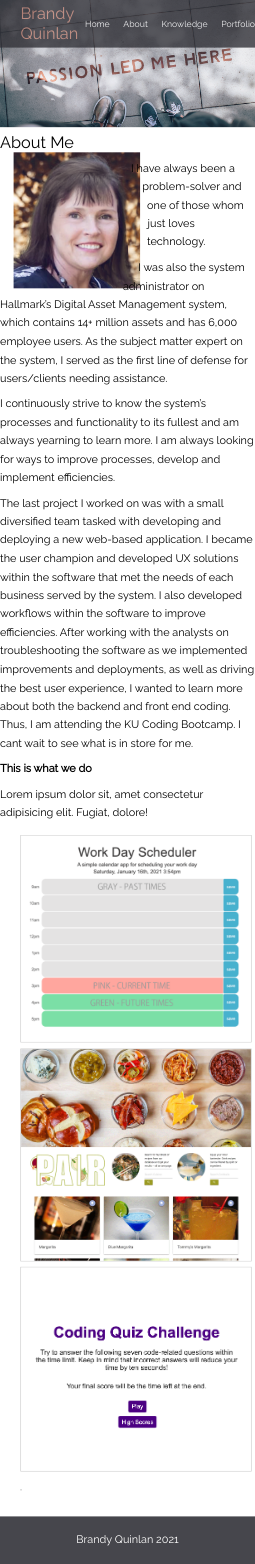
Repository: brandyquinlan/brandyquinlan
Page: index.html
The author's editor kept a copy of each file at every save. The page is drawn from the files as they stood at one save, then again after the next save.
The browser window is 375 px wide. The pictures show the whole page, at 68% of full size.
Some web libraries are served in a nearby version.

Above is the page before, as saved 2021-02-05 21:14:32.

### index.html
<!DOCTYPE html>
<html lang="en">

<head>
    <meta charset="UTF-8">
    <meta name="viewport" content="width=device-width, initial-scale=1.0">
    <link href="https://fonts.googleapis.com/css2?family=Roboto" rel="stylesheet">
    <link href="https://fonts.googleapis.com/css2?family=Raleway" rel="stylesheet">

    <link rel="stylesheet" href="https://cdnjs.cloudflare.com/ajax/libs/font-awesome/5.13.0/css/all.min.css" integrity="sha256-h20CPZ0QyXlBuAw7A+KluUYx/3pK+c7lYEpqLTlxjYQ=" crossorigin="anonymous" />
    <link rel="stylesheet" href="css/style.css">
    <title>Quinlan Portfolio</title>
</head>

<body id="home">
    <header class="hero">
        <div id="navbar" class="navbar">
            <h1 class="name">Brandy Quinlan</h1>
            <nav>
                <ul>
                    <li><a href="#home">Home</a></li>
                    <li><a href="#about">About</a></li>
                    <li><a href="#knowledge">Knowledge</a></li>
                    <li><a href="portfolio.html">Portfolio</a></li>
                    <li><a href="contact.html">Contact</a></li>
                </ul>
            </nav>
        </div>
        <section class="container">
            <img src="img/ian-schneider-TamMbr4okv4-unsplash.png" alt="" class="no-repeat  center center/cover">
        </section>
        <!-- <div id="content">
            <h1>My Slogan</h1>
            <p>Lorem ipsum dolor sit amet, consectetur adipisicing elit. Delectus, molestiae.</p>
        </div> -->
    </header>

    <!-- About -->
    <section id="aboutMe">
        <h1>About Me</h1>
        <div id="aboutRow1">

            <img class="float-left img-fluid mr-4 w-25" src="img/Me_copy.png" alt="Brandy Quinlan">
        </div>
        <p>
            I have always been a problem-solver and one of those whom just loves technology.
        </p>
        <p>
            I was also the system administrator on Hallmark’s Digital Asset Management system, which contains 14+ million assets and has 6,000 employee users. As the subject matter expert on the system, I served as the first line of defense for users/clients needing
            assistance.
        </p>
        <p> I continuously strive to know the system’s processes and functionality to its fullest and am always yearning to learn more. I am always looking for ways to improve processes, develop and implement efficiencies.
        </p>
        <p>
            The last project I worked on was with a small diversified team tasked with developing and deploying a new web-based application. I became the user champion and developed UX solutions within the software that met the needs of each business served by the
            system. I also developed workflows within the software to improve efficiencies. After working with the analysts on troubleshooting the software as we implemented improvements and deployments, as well as driving the best user experience, I
            wanted to learn more about both the backend and front end coding. Thus, I am attending the KU Coding Bootcamp. I cant wait to see what is in store for me.
        </p>

    </section>
    <!-- Portfolio Gallery -->
    <section class="projects flex-grid section-padding">
        <header class="section-header">
            <h4>This is what we do</h4>
            <p>
                Lorem ipsum dolor sit, amet consectetur adipisicing elit. Fugiat, dolore!
            </p>
        </header>
        <div class="row">
            <div class="projectsGallery">

                <a href="https://brandyquinlan.github.io/HW05_Day_Planner/" target=”_blank”>
                    <img src="img/day_planner.png" alt="" />
                </a>
                <a href="https://brandyquinlan.github.io/PAIR/" target=”_blank”>
                    <img src="/img/PAIR.png" alt="" />
                </a>
                <a href="https://brandyquinlan.github.io/HW04_Coding_Quiz/" target=”_blank”>
                    <img src="img/code-quiz.png" alt="Code Quiz Project" />
                </a>
                <a href="">
                    <img src="" alt="" />
                </a>
            </div>
    </section>
    <footer>
        <div>
            <p>Brandy Quinlan 2021</p>
        </div>
    </footer>

</body>

</html>

### css/style.css
        * {
            box-sizing: border-box;
            margin: 0;
            padding: 0;
        }
        /* Base Styles */

        body {
            font-family: 'Raleway', sans-serif;
            background: #fff;
            /* color: #333; */
            line-height: 1.7;
        }

        h1,
        h2 {
            font-weight: 250;
            font-size: 1.5rem;
            line-height: 1.2;
        }

        ul {
            list-style: none;
        }

        p {
            margin: 10px 0;
        }

        a {
            text-decoration: none;
            color: #333;
        }

        img {
            max-width: 100%;
        }
        /* Header */

        header h1 {
            color: #bf8273;
            padding-left: 10px;
        }
        /* Navbar */

        #navbar {
            display: flex;
            align-items: center;
            justify-content: space-between;
            width: 100%;
            height: 70px;
            position: fixed;
            top: 0px;
            background: #333339;
            color: #fff;
            opacity: .8;
            padding: 0 20px;
        }

        #navbar a {
            color: #fff;
            padding: 10px 10px;
            font-size: .8rem;
        }

        #navbar a:hover {
            color: #a35a4e;
        }

        #navbar ul {
            display: flex;
        }
        /* About */

        #about {
            border: 30px #5b8f9c solid;
            padding: 30px 80px;
            background: #f4f4f4;
            color: #333;
            /* background: #99999d;
            color: #fff; */
            font-size: .9rem;
        }

        #about h1 {
            color: #e6978a;
            padding-bottom: 20px;
        }

        #aboutRow1 {
            float: left;
            /* padding: 20px; */
            justify-content: space-between;
            margin: 0 20px;
            shape-outside: circle();
        }

        #about img {
            border-radius: 50%;
            margin-right: 50px;
            width: 150px;
            height: 150px;
        }
        /* Knowledge */

        #knowledge h1 {
            /* border-top: #99999d 5px solid; */
            color: #e6978a;
            /* font-weight: bolder; */
            padding: 20px 0 0 80px;
            background: #fff;
        }

        .blocks {
            position: relative;
            top: 15px;
            height: 260px;
            font-size: .9rem;
            background: #f4f4f4;
            border: #ccc 1px dashed;
        }

        .box {
            float: left;
            width: 30%;
            padding: 50px 30px 30px;
            text-align: center;
        }

        .box i {
            margin-bottom: 10px;
        }

        .blocks #box2 {
            background: #e6978a;
            color: #fff;
            height: 260px;
            width: 40%;
            /* position: relative;
            top: -10px; */
        }

        .blocks p {
            margin-bottom: 25px;
        }

        .blocks .btn {
            background: #333;
            color: #fff;
            padding: 5px 15px;
            margin-top: 15px;
            cursor: pointer;
        }

        .blocks .btn:hover {
            opacity: .8;
        }
        /* Projects */

        .projectsGallery {
            padding: 10px 5px 20px 30px;
            display: flex;
            justify-content: space-around;
            align-items: center;
        }

        .projects img {
            border: #ccc 1px solid;
            width: 30vw;
        }

        .projectsGallery p {
            background: #e6978a;
        }

        .projects h1 {
            justify-content: center;
            color: #e6978a;
            padding: 40px 0 0 80px;
        }
        /* Contact */
        /* .form-group {
            align-items: center;
        } */

        #contact {
            display: flex;
            justify-content: space space-between;
            width: 100%;
            max-width: 1920px;
            margin-top: 40px;
            padding: 20px 80px;
            background: #99999d;
            color: #fff;
            font-size: .9rem;
        }

        #contact .column2 {
            width: 40vw;
            align-items: center;
            margin-left: 40px;
            padding: 25px;
            font-size: .9rem;
            border: 15px solid #67a5b4;
        }

        #contact form {
            width: 40vw;
            outline-color: #e6978a;
        }

        #contact input {
            /* display: inline-block;
            flex-direction: column; */
            width: 100%;
            /* margin: 5px 0 0 0; */
            padding: 5px;
            outline: none;
            outline-color: #e6978a;
            /* border-top-style: hidden;
            border-right-style: hidden; */
            border-style: hidden;
            /* border-bottom-style: groove; */
        }

        #contact label {
            /* display: inline-block; */
            margin-bottom: 5px;
            outline-color: #e6978a;
        }

        #contact textarea {
            height: 60px;
            width: 100%;
            outline-color: #e6978a;
            border-style: hidden;
        }

        #contact .btn {
            border-style: hidden;
            text-align: center;
            background: #e6978a;
            width: 30%;
            margin: 5px 0 5px 0;
            padding: 5px;
            color: #333339;
            /* outline: none; */
            /* background: #e6978a; */
            /* outline: none; */
        }

        #contact h1 {
            padding-top: 5px;
        }
        /* Footer */

        footer {
            background: #333339;
            opacity: .9;
            height: 70px;
        }

        footer p {
            display: flex;
            align-items: center;
            justify-content: center;
            color: #fff;
            padding-top: 20px;
        }

        @media(max-width:768px) {
            .projects h1,
            #knowledge h1 {
                padding: 40px 0 0 35px;
            }
            .box {
                padding: 30px;
                text-align: center;
            }
        }

        @media(max-width:500px) {
            .projects h1,
            #knowledge h1 {
                padding: 40px 0 0 35px;
            }
            .box {
                padding: 30px;
                text-align: center;
            }
            .projectsGallery {
                /* padding: 10px 5px 20px 30px; */
                /* display: inline; */
                /* flex-direction: column; */
                /* justify-content: space-around; */
                /* align-items: center; */
                display: block;
            }
            .projects img {
                border: #ccc 1px solid;
                width: 100%;
            }
        }

After the next save:
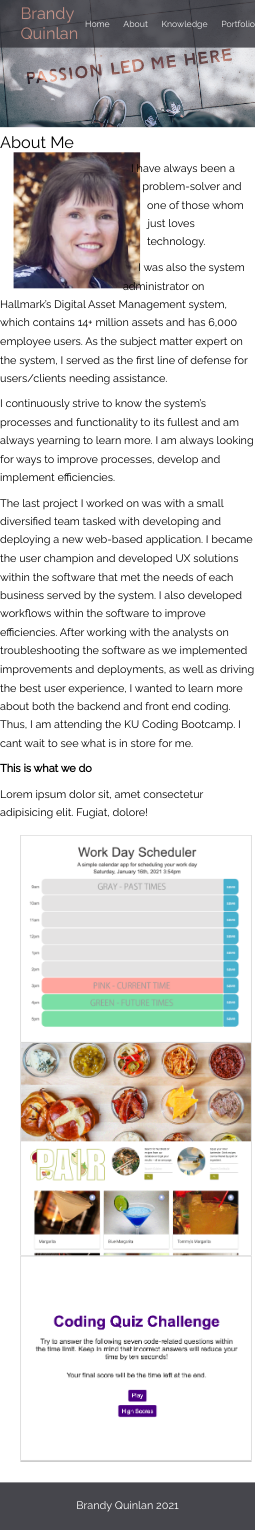
Saved 11 s later.
--- a/css/style.css
+++ b/css/style.css
@@ -299,5 +299,6 @@
             .projects img {
                 border: #ccc 1px solid;
                 width: 100%;
-            }
-        }
+                display: block;
+            }
+        }
